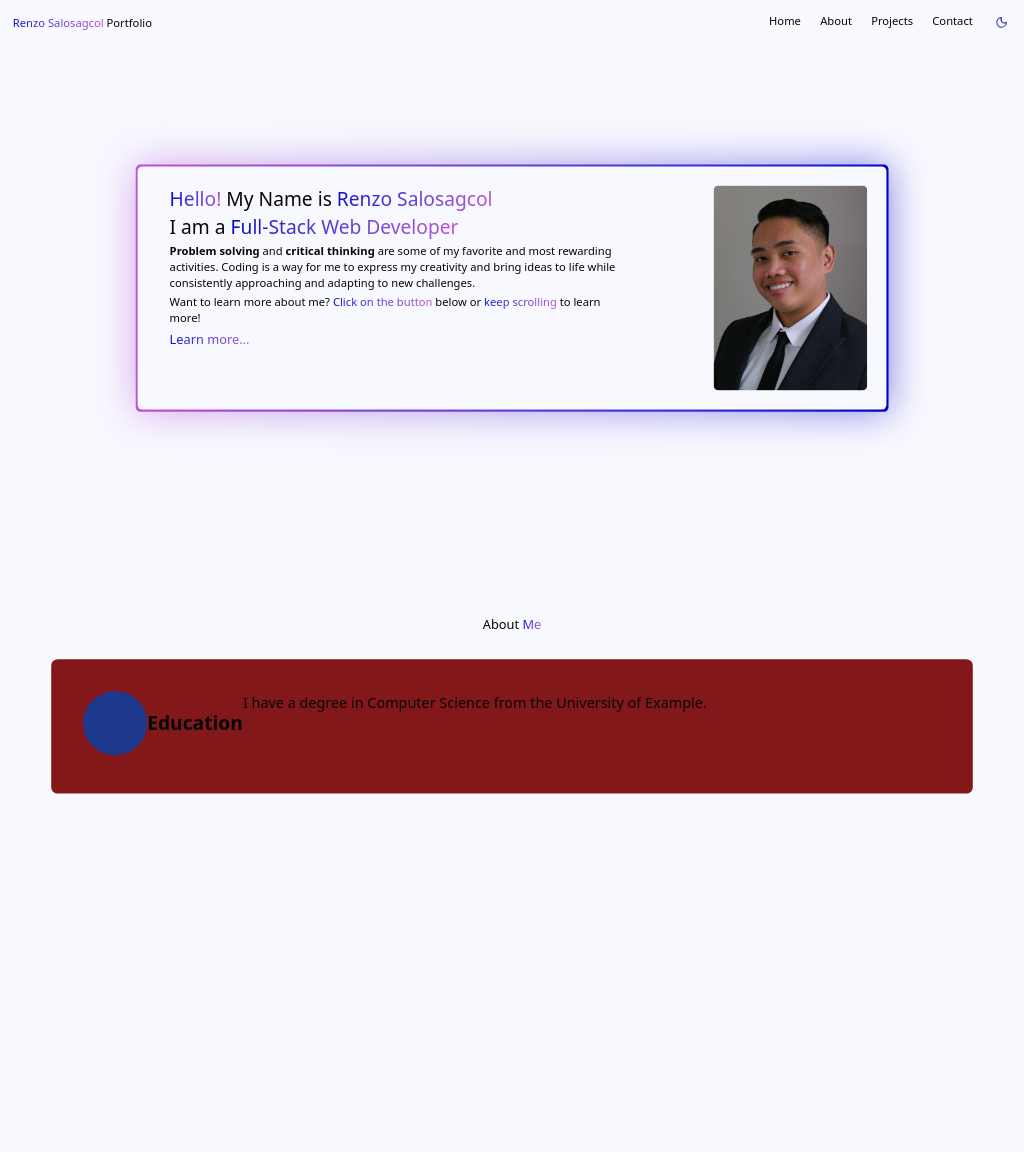
Repository: Renzo-Salosagcol/Updated_Personal_Portfolio
Page: /
The author's editor kept a copy of each file at every save. The page is drawn from the files as they stood at one save, then again after the next save.
The browser window is 1280 px wide. The pictures show the whole page, at 80% of full size.
The project was rebuilt for these pictures with package versions that can differ from the ones it lists, and the page was loaded fresh each time. Also part of the build but not shown: vite.config.js, src/pages/NotFound.jsx.

Above is the page before, as saved 2025-10-10 12:29:03.

### index.html
<!doctype html>
<html lang="en">
  <head>
    <meta charset="UTF-8" />
    <link rel="icon" type="image/svg+xml" href="/vite.svg" />
    <meta name="viewport" content="width=device-width, initial-scale=1.0" />
    <title>updated-personal-portfolio</title>
  </head>
  <body>
    <div id="root"></div>
    <script type="module" src="/src/main.jsx"></script>
  </body>
</html>

### src/index.css
@import "tailwindcss";

@theme {
  --color-background: var(--background);
  --color-foreground: var(--foreground);

  --color-primary: var(--primary);
  --color-secondary: var(--secondary);

  --animate-fade-in: fade-in 1s ease-in forwards;
}

@layer base {
  /* Light Theme */
  :root {
    --background: #f8f8ff; /* Ghost White */
    --foreground: #080808; /* Vampire Black */

    --primary: #0000cd; /* Medium Blue */
    --secondary: #ba55d3; /* Medium Orchid */
  }

  /* Dark Theme */
  .dark {
    --background: #080808; /* Vampire Black */
    --foreground: #f8f8ff; /* Ghost White */

    --primary: #ff0800; /* Candy Apple Red */
    --secondary: #fefc22; /* Laser Lemon */
  }

  html {
    @apply scroll-smooth;
  }

  body {
    @apply bg-background text-foreground transition-colors duration-300;
  }
}

@property --gradient-angle {
  syntax: "<angle>";
  initial-value: 0deg;
  inherits: false;
}

@keyframes spin {
  from {
    --gradient-angle: 0deg;
  }
  to {
    --gradient-angle: 360deg;
  }
}

@keyframes fade-in {
  0% {
    opacity: 0;
    transform: translateY(20px);
  }
  100% {
    opacity: 1;
    transform: translateY(0);
  }
}

@utility container {
  margin-inline: auto;
  padding-inline: 1rem;
}

@utility after-gradient-border {
  @apply absolute h-[101.5%] w-[100.5%] top-1/2 left-1/2 -translate-x-1/2 -translate-y-1/2 rounded-md -z-10 bg-gradient-to-l from-primary to-secondary;
  content: '';
  /* animation: 3s spin linear infinite; */
}

@utility before-gradient-border {
  @apply after-gradient-border;
  filter: blur(1.5rem);
  opacity: 0.5;
}

@utility gradient-text {
  @apply text-transparent bg-clip-text bg-gradient-to-r from-primary to-secondary transition-colors duration-300;
}

@utility gradient-button {
  @apply after:after-gradient-border after:w-[103%] before:before-gradient-border gradient-text z-0;
}

@utility gradient-button-inner {
  @apply flex h-full w-full items-center justify-center rounded-full bg-background gradient-text z-10
}

@utility gradient-border {
  @apply after:after-gradient-border before:before-gradient-border
}

@utility glassmorphism {
  @apply bg-background/30 backdrop-blur-lg
}

### src/App.jsx
import { BrowserRouter, Routes, Route } from "react-router-dom"
import { Home } from "./pages/Home"
import { NotFound } from "./pages/NotFound"

function App() {
  return (
    <BrowserRouter>
      <Routes>
        <Route path="/" element={<Home />} />
        <Route path="*" element={<NotFound />} />
      </Routes>
    </BrowserRouter>
  )
}

export default App

### src/pages/Home.jsx
import { Background } from "../components/Background"
import { Navbar } from "../components/Navbar"
import { Hero } from "../components/Hero"
import { About } from "../components/About"

export const Home = () => {
  return (
    <div id="home" className="w-full h-screen">
      {/* Background */}
      <Background />


      {/* Navbar */}
      <Navbar />

      {/* Main */}
      <Hero />
      <About />

      {/* Footer */}
    </div>
  )
}

### src/components/Background.jsx


export const Background = () => {
  return (
    <div className="fixed inset-0 overflow-hidden pointer-events-none -z-40 bg-background w-screen h-screen">
    </div>
  )
}

### src/components/Navbar.jsx
import { ThemeToggle } from './ThemeToggle'

const items = [
  { name: 'Home', href: '#home' },
  { name: 'About', href: '#about' },
  { name: 'Projects', href: '#projects' },
  { name: 'Contact', href: '#contact' },
]

export const Navbar = () => {
  return (
    <nav className="fixed top-0 left-0 w-full p-2 flex items-center justify-between glassmorphism z-40 text-sm md:text-md text-foreground">
      <a href="#home" className="p-2"><span className="gradient-text">Renzo Salosagcol</span> Portfolio</a>
      <ul className="flex gap-6 p-2">
        {items.map(item => (
          <li key={item.name}
            className="hover:gradient-text transition-all duration-300 relative">
            <a href={item.href}>{item.name}</a>
          </li>
        ))}
        <li><ThemeToggle /></li>
      </ul>
    </nav>
  )
}

### src/components/Hero.jsx
import GradientButton from "./GradientButton";

export const Hero = () => {
  return (
    <main className="relative min-h-screen flex items-center justify-center max-w-10/12 rounded-md container z-0">
      <div className="z-0 relative gradient-border opacity-0 animate-fade-in">
        <div className="w-full h-full relative container flex flex-cols md:flex-rows justify-between gap-6 rounded-md p-6 bg-background">
          <div className="container flex flex-col gap-1">
            <h1 className="text-lg md:text-xl lg:text-2xl">
              <span className="gradient-text">Hello! </span>
              My Name is
              <span className="gradient-text"> Renzo Salosagcol</span>
            </h1>
            <h1 className="text-lg md:text-xl lg:text-2xl">I am a <span className="gradient-text">Full-Stack Web Developer</span></h1>
            <h3 className="w-md md:w-lg lg:w-xl text-sm">
              <span className="font-bold">Problem solving</span> and
              <span className="font-bold"> critical thinking </span>
              are some of my favorite and most rewarding activities. Coding is a way for me to express my creativity and bring ideas to life while consistently approaching and adapting to new challenges.
            </h3>
            <h3 className="w-md md:w-lg lg:w-xl text-sm">Want to learn more about me?
              <span className="gradient-text"> Click on the button</span> below or
              <span className="gradient-text"> keep scrolling</span> to learn more!
            </h3>
            <a
              href="#about"
              className="relative"
            >
              <GradientButton content="Learn more..." />
            </a>
          </div>
          <div>
            <img
            src="../../headshot.jpeg"
            alt="Headshot Photo"
            className="rounded-md w-64 h-64 object-cover"
            />
          </div>
      </div>
      </div>
    </main>
  )
}

### src/components/About.jsx
import { GraduationCap } from "lucide-react"

const experiences = [
  {
    name: "Education",
    icon: GraduationCap,
    description: "I have a degree in Computer Science from the University of Example.",
    link: "https://example.com/education"
  }
]

export const About = () => {
  return (
    <section id="about" className="relative min-h-screen py-12">
      <div className="top-0 flex items-center justify-center">
        <h1 >About <span className="gradient-text">Me</span></h1>
      </div>
      <div className="bg-red-900 mx-auto mt-8 max-w-6xl rounded-lg p-6 grid-cols-1 gap-6">
        {experiences.map((experience, index) => (
          <div key={index} className="flex flex-row items-start p-4">
            <h2 className="flex items-center text-2xl font-semibold mb-2">
              <experience.icon className="w-10 h-10 p-10 left rounded-full bg-blue-900" />
              {experience.name}
            </h2>
            <div>
              <p className="text-sm md:text-md lg:text-lg">
                {experience.description}
              </p>
              <a
                href={experience.link}
                target="_blank"
                rel="noopener noreferrer"
                className="text-blue-500 hover:underline"
              >
              </a>
            </div>
          </div>
        ))}
      </div>
    </section>
  )
}

### src/components/ThemeToggle.jsx
import { useState, useEffect } from "react"
import { Sun, Moon } from "lucide-react"

export const ThemeToggle = () => {
  const [isDark, setIsDark] = useState(false)

  useEffect(() => {
    const theme = localStorage.getItem("theme")
    if (theme) {
      setIsDark(theme === "dark")
      document.documentElement.classList.toggle("dark", theme === "dark")
    }
  }, [])

  const toggleTheme = () => {
    setIsDark(!isDark)
    document.documentElement.classList.toggle("dark", !isDark)
    localStorage.setItem("theme", !isDark ? "dark" : "light")
  }

  return (
    <button
      onClick={toggleTheme}
      className="max-sm:hidden p-1 z-50 rounded-full transition-color duration-300 focus:outline-hidden hover:cursor-pointer"
    >
      {isDark ? (
        <Sun className="h-4 w-4 text-yellow-300" />
      ) : (
        <Moon className="h-4 w-4 text-blue-900" />
      )}
    </button>

  )
}

### src/components/GradientButton.jsx
import React from "react";
import { props } from "react";

function GradientButton(props) {
  return (
    <button className="gradient-button">
        {props.content}
    </button>
  )
}

export default GradientButton;

Loaded but not shown: src/main.jsx (common file)

After the next save:
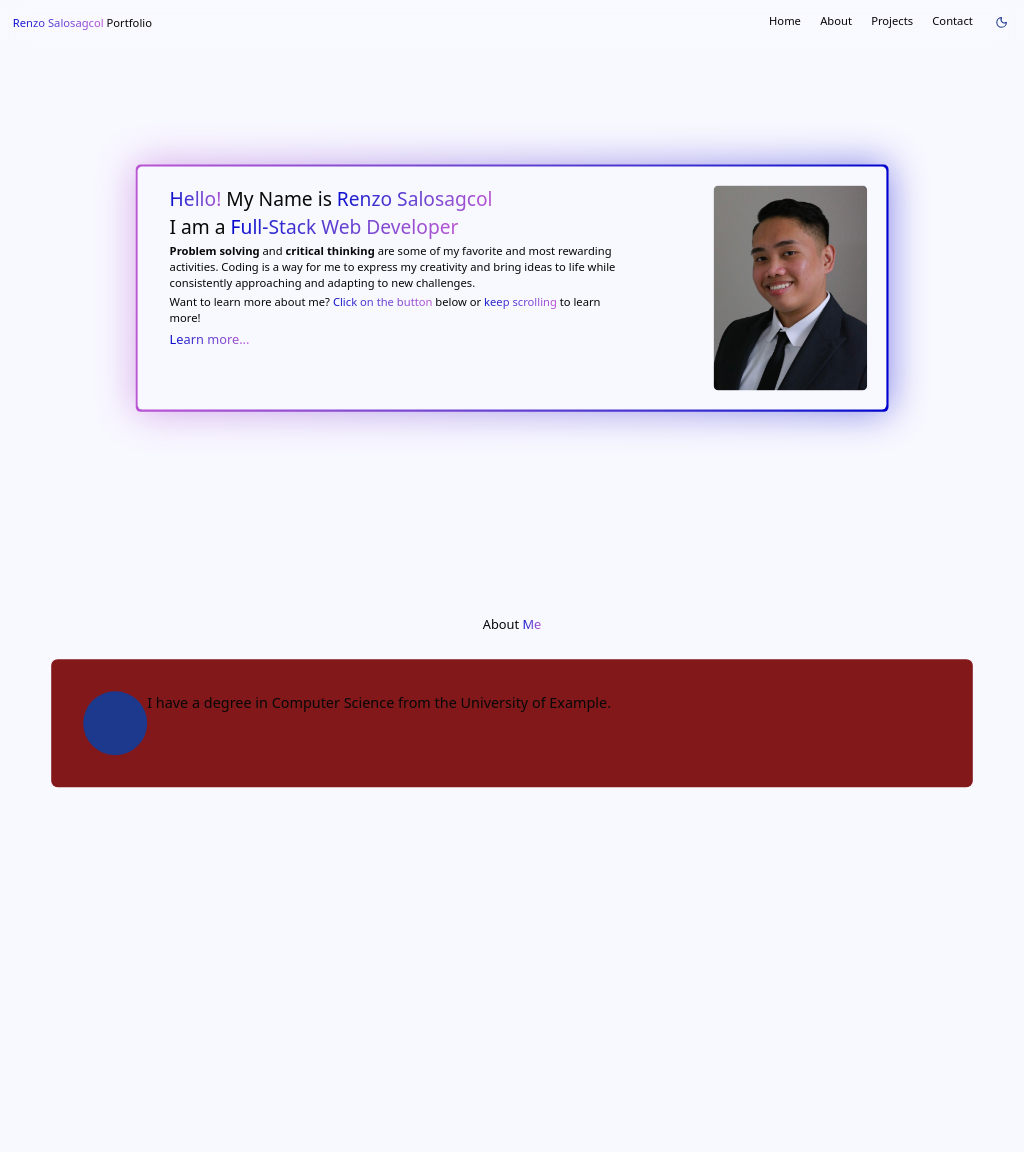
Saved 103 s later.
--- a/src/components/About.jsx
+++ b/src/components/About.jsx
@@ -18,10 +18,7 @@ export const About = () => {
       <div className="bg-red-900 mx-auto mt-8 max-w-6xl rounded-lg p-6 grid-cols-1 gap-6">
         {experiences.map((experience, index) => (
           <div key={index} className="flex flex-row items-start p-4">
-            <h2 className="flex items-center text-2xl font-semibold mb-2">
-              <experience.icon className="w-10 h-10 p-10 left rounded-full bg-blue-900" />
-              {experience.name}
-            </h2>
+            <experience.icon className="w-10 h-10 p-10 left rounded-full bg-blue-900" />
             <div>
               <p className="text-sm md:text-md lg:text-lg">
                 {experience.description}
